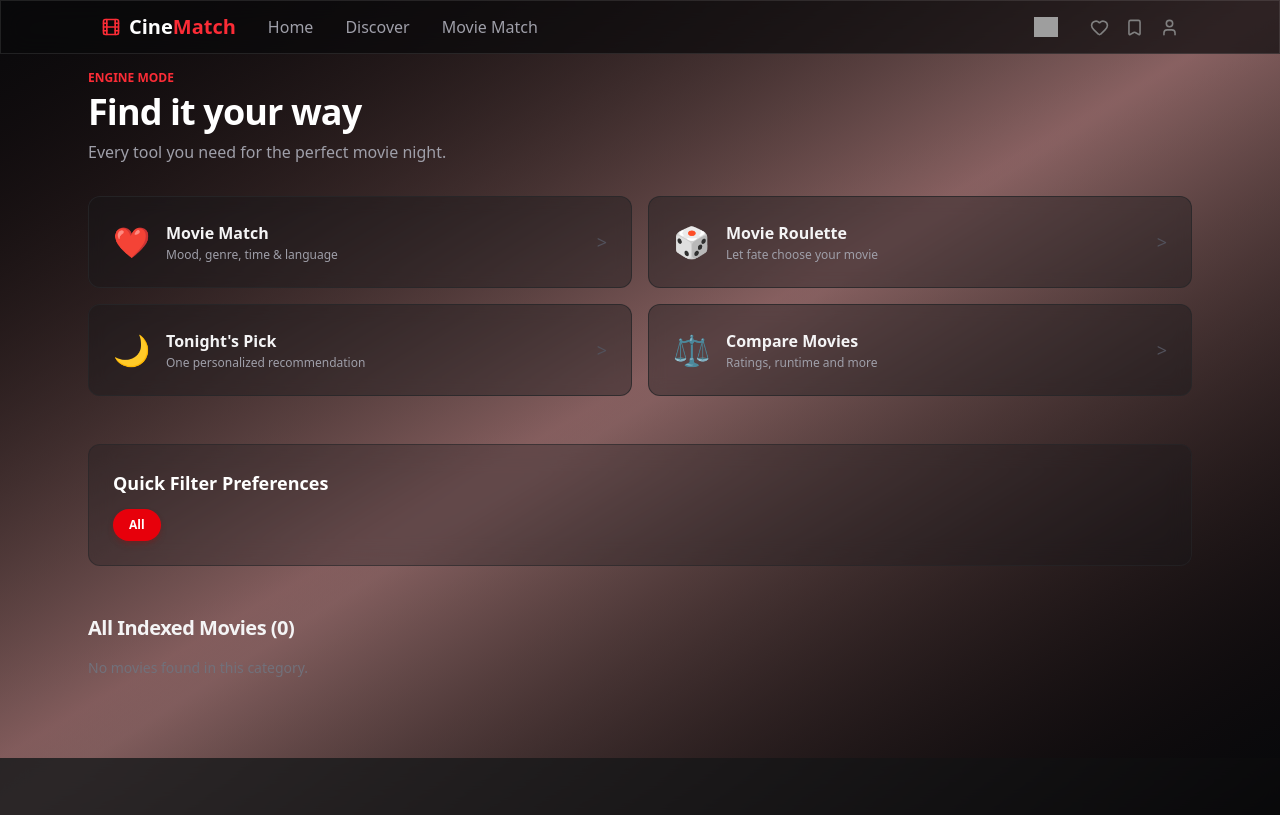
Repository: Mahak182005/CineMatch
Page: /match
An editor plug-in stored every save of this project. The page is shown before and after the next save, followed by the edit.
The browser window is 1280 px wide. The pictures show the whole page.
Pictures or frames that could not be fetched are drawn as grey boxes. The project was rebuilt for these pictures with package versions that can differ from the ones it lists, and the page was loaded fresh each time. Also part of the build but not shown: vite.config.js, src/Components/Mood.jsx, src/Data/MoodData.js, src/Components/MovieCart.jsx, src/Logic/search.js, src/pages/Home.jsx, src/pages/Favorites.jsx, src/pages/Watchlist.jsx and 2 more.

Above is the page before, as saved 2026-10-12 13:23:21.

### index.html
<!doctype html>
<html lang="en">
  <head>
    <meta charset="UTF-8" />
    <link rel="icon" type="image/svg+xml" href="/favicon.svg" />
    <meta name="viewport" content="width=device-width, initial-scale=1.0" />
    <title>movie-explorer</title>
  </head>
  <body>
    <div id="root"></div>
    <script type="module" src="/src/main.jsx"></script>
  </body>
</html>

### src/main.jsx
import Router from './router/Router.jsx'
import { createRoot } from 'react-dom/client'
import './index.css'

createRoot(document.getElementById('root')).render(
  <Router />
)

### src/router/Router.jsx
import { createBrowserRouter } from "react-router-dom";
import {Home} from "../pages/Home";
import {RouterProvider} from "react-router-dom";
import { MovieMatch } from "../pages/MovieMatch";
import { Favorites } from "../pages/Favorites";
import {Watchlist} from "../pages/Watchlist"
import { Profile } from "../pages/Profile";
import { Discover } from "../pages/Discover";
import {Layout} from "../Layout/Layout";

const router = createBrowserRouter([
    {
         path: "/",
        element: <Layout />,
        children: [
            {
                index: true,
                element: <Home />
            },
            {
                path: "/discover",
                element: <Discover />
            },
            {
                path: "match",
                element: <MovieMatch />
            },
            {
                path: "fav",
                element: <Favorites />
            },
            {
                path: "watchlist",
                element: <Watchlist />
            },
            {
                path: "profile",
                element: <Profile />
            }
        ]
    }
])
function AppRouter() {
    return <RouterProvider router={router} />;
}

export default AppRouter;

### src/index.css
@import "tailwindcss";
html,
body,
#root {
  margin: 0;
  padding: 0;
  width: 100%;
  box-sizing: border-box
}

### src/pages/MovieMatch.jsx
// export function MovieMatch(){
//     return(
//         <>
//             {/* <div className="h-screen bg-gradient-to-br from-zinc-950 via-red-950/40 to-zinc-950 text-white">
//                 <div className=" mx-25 py-20 ">
//                     <h1 className="text-3xl text-white">Find it your way</h1>
//                     <p className="text-zinc-400 text-sm mt-1">Every tool you need for the perfect movie night.</p>
//                 </div>

//                 <div className="grid grid-cols-1 md:grid-cols-2 gap-4 max-w-6xl mx-auto">

//                     <div className="flex items-center justify-between p-5 rounded-xl bg-zinc-900/50 border border-zinc-800/80 hover:border-red-900/60 cursor-pointer transition-all duration-200 group">
//                     <div className="flex items-center space-x-4">
//                         <span className="text-2xl">❤️</span>
//                         <div>
//                         <h3 className="font-semibold text-zinc-100 group-hover:text-white transition-colors">Movie Match</h3>
//                         <p className="text-zinc-400 text-xs mt-0.5">Mood, genre, time & language</p>
//                         </div>
//                     </div>
//                     <span className="text-zinc-600 group-hover:text-zinc-400 transition-colors text-sm">&gt;</span>
//                     </div>

//                     <div className="flex items-center justify-between p-5 rounded-xl bg-zinc-900/50 border border-zinc-800/80 hover:border-red-900/60 cursor-pointer transition-all duration-200 group">
//                     <div className="flex items-center space-x-4">
//                         <span className="text-2xl">🎲</span>
//                         <div>
//                         <h3 className="font-semibold text-zinc-100 group-hover:text-white transition-colors">Movie Roulette</h3>
//                         <p className="text-zinc-400 text-xs mt-0.5">Let fate choose your movie</p>
//                         </div>
//                     </div>
//                     <span className="text-zinc-600 group-hover:text-zinc-400 transition-colors text-sm">&gt;</span>
//                     </div>

//                     <div className="flex items-center justify-between p-5 rounded-xl bg-zinc-900/50 border border-zinc-800/80 hover:border-red-900/60 cursor-pointer transition-all duration-200 group">
//                     <div className="flex items-center space-x-4">
//                         <span className="text-2xl">🌙</span>
//                         <div>
//                         <h3 className="font-semibold text-zinc-100 group-hover:text-white transition-colors">Tonight's Pick</h3>
//                         <p className="text-zinc-400 text-xs mt-0.5">One personalized recommendation</p>
//                         </div>
//                     </div>
//                     <span className="text-zinc-600 group-hover:text-zinc-400 transition-colors text-sm">&gt;</span>
//                     </div>

//                     <div className="flex items-center justify-between p-5 rounded-xl bg-zinc-900/50 border border-zinc-800/80 hover:border-red-900/60 cursor-pointer transition-all duration-200 group">
//                     <div className="flex items-center space-x-4">
//                         <span className="text-2xl">⚖️</span>
//                         <div>
//                         <h3 className="font-semibold text-zinc-100 group-hover:text-white transition-colors">Compare Movies</h3>
//                         <p className="text-zinc-400 text-xs mt-0.5">Ratings, runtime and more</p>
//                         </div>
//                     </div>
//                     <span className="text-zinc-600 group-hover:text-zinc-400 transition-colors text-sm">&gt;</span>
//                     </div>

//                 </div>
//             </div> */}

//         </>
//     )
// }

import { useState } from 'react';
import { fatchData } from '../Data/api';

export function MovieMatch({ fatchData = [] }) {
    const [activeTab, setActiveTab] = useState(null);
    const [selectedGenre, setSelectedGenre] = useState('All');

    // 1. JSON Data me se saare Unique Genres nikalne ke liye dynamic logic
    const allGenres = ['All', ...new Set(fatchData.map(movie => movie.genre).filter(Boolean))];

    // 2. Filter logic: Jo Genre select hoga, wahi movies screen par dikhengi
    const filteredMovies = selectedGenre === 'All'
        ? fatchData
        : fatchData.filter(movie => movie.genre === selectedGenre);

    return (
        <div className="min-h-screen w-full bg-gradient-to-br from-zinc-950 via-red-950/40 to-zinc-950 text-white flex flex-col justify-start pb-20">

            {/* Header Area */}
            <div className="max-w-6xl w-full mx-auto px-6 pt-16 pb-8">
                <span className="text-red-500 font-bold text-xs uppercase">Engine Mode</span>
                <h1 className="text-3xl font-extrabold tracking-tight text-white md:text-4xl mt-1">
                    Find it your way
                </h1>
                <p className="text-zinc-400 text-sm md:text-base mt-2">
                    Every tool you need for the perfect movie night.
                </p>
            </div>

            {/* Core 4 Interactive Tools Grid */}
            <div className="max-w-6xl w-full mx-auto px-6 grid grid-cols-1 md:grid-cols-2 gap-4 mb-12">

                {/* 1. Movie Match */}
                <div onClick={() => setActiveTab('match')} className={`flex items-center justify-between p-6 rounded-xl bg-zinc-900/40 border transition-all duration-300 cursor-pointer group backdrop-blur-sm ${activeTab === 'match' ? 'border-red-600 shadow-lg shadow-red-950/50' : 'border-zinc-800/80 hover:border-red-900/50'}`}>
                    <div className="flex items-center space-x-4">
                        <span className="text-3xl">❤️</span>
                        <div>
                            <h3 className="font-bold text-zinc-100 group-hover:text-white transition-colors text-base">Movie Match</h3>
                            <p className="text-zinc-400 text-xs mt-0.5">Mood, genre, time & language</p>
                        </div>
                    </div>
                    <span className="text-zinc-600 group-hover:text-zinc-400 transition-colors text-lg">&gt;</span>
                </div>

                {/* 2. Movie Roulette */}
                <div onClick={() => setActiveTab('roulette')} className={`flex items-center justify-between p-6 rounded-xl bg-zinc-900/40 border transition-all duration-300 cursor-pointer group backdrop-blur-sm ${activeTab === 'roulette' ? 'border-red-600 shadow-lg shadow-red-950/50' : 'border-zinc-800/80 hover:border-red-900/50'}`}>
                    <div className="flex items-center space-x-4">
                        <span className="text-3xl">🎲</span>
                        <div>
                            <h3 className="font-bold text-zinc-100 group-hover:text-white transition-colors text-base">Movie Roulette</h3>
                            <p className="text-zinc-400 text-xs mt-0.5">Let fate choose your movie</p>
                        </div>
                    </div>
                    <span className="text-zinc-600 group-hover:text-zinc-400 transition-colors text-lg">&gt;</span>
                </div>

                {/* 3. Tonight's Pick */}
                <div onClick={() => setActiveTab('tonight')} className={`flex items-center justify-between p-6 rounded-xl bg-zinc-900/40 border transition-all duration-300 cursor-pointer group backdrop-blur-sm ${activeTab === 'tonight' ? 'border-red-600 shadow-lg shadow-red-950/50' : 'border-zinc-800/80 hover:border-red-900/50'}`}>
                    <div className="flex items-center space-x-4">
                        <span className="text-3xl">🌙</span>
                        <div>
                            <h3 className="font-bold text-zinc-100 group-hover:text-white transition-colors text-base">Tonight's Pick</h3>
                            <p className="text-zinc-400 text-xs mt-0.5">One personalized recommendation</p>
                        </div>
                    </div>
                    <span className="text-zinc-600 group-hover:text-zinc-400 transition-colors text-lg">&gt;</span>
                </div>

                {/* 4. Compare Movies */}
                <div onClick={() => setActiveTab('compare')} className={`flex items-center justify-between p-6 rounded-xl bg-zinc-900/40 border transition-all duration-300 cursor-pointer group backdrop-blur-sm ${activeTab === 'compare' ? 'border-red-600 shadow-lg shadow-red-950/50' : 'border-zinc-800/80 hover:border-red-900/50'}`}>
                    <div className="flex items-center space-x-4">
                        <span className="text-3xl">⚖️</span>
                        <div>
                            <h3 className="font-bold text-zinc-100 group-hover:text-white transition-colors text-base">Compare Movies</h3>
                            <p className="text-zinc-400 text-xs mt-0.5">Ratings, runtime and more</p>
                        </div>
                    </div>
                    <span className="text-zinc-600 group-hover:text-zinc-400 transition-colors text-lg">&gt;</span>
                </div>
            </div>

            {/* Dynamic Genre Preferences Panel */}
            <div className="max-w-6xl w-full mx-auto px-6 mb-12">
                <div className="p-6 rounded-xl bg-zinc-900/30 border border-zinc-800/60 backdrop-blur-md">
                    <h2 className="text-lg font-bold text-white mb-3">Quick Filter Preferences</h2>
                    <div className="flex flex-wrap gap-2">
                        {allGenres.map((genre) => (
                            <button
                                key={genre}
                                onClick={() => setSelectedGenre(genre)}
                                className={`px-4 py-2 rounded-full text-xs font-semibold transition-all duration-200 ${
                                    selectedGenre === genre
                                        ? 'bg-red-600 text-white shadow-md shadow-red-900/40'
                                        : 'bg-zinc-900/80 border border-zinc-800 text-zinc-400 hover:text-white hover:border-zinc-700'
                                }`}
                            >
                                {genre}
                            </button>
                        ))}
                    </div>
                </div>
            </div>

            {/* Dynamic Movie Grid mapped from fetchData JSON */}
            <div className="max-w-6xl w-full mx-auto px-6">
                <div className="flex items-center justify-between mb-4">
                    <h2 className="text-xl font-bold text-zinc-100 tracking-tight">
                        {selectedGenre === 'All' ? 'All Indexed Movies' : `${selectedGenre} Matches`} ({filteredMovies.length})
                    </h2>
                </div>

                {filteredMovies.length === 0 ? (
                    <p className="text-zinc-500 text-sm mt-4">No movies found in this category.</p>
                ) : (
                    <div className="grid grid-cols-1 sm:grid-cols-2 md:grid-cols-3 lg:grid-cols-4 gap-4">
                        {filteredMovies.map((movie, index) => (
                            <div key={movie.id || index} className="group relative rounded-xl overflow-hidden bg-zinc-900/40 border border-zinc-800/80 hover:border-red-900/50 transition-all duration-300 flex flex-col justify-between">
                                <div className="h-48 w-full overflow-hidden relative bg-zinc-950">
                                    <img
                                        src={movie.poster_url || 'https://unsplash.com'}
                                        alt={movie.title}
                                        className="w-full h-full object-cover group-hover:scale-105 transition-transform duration-500 opacity-80 group-hover:opacity-100"
                                    />
                                    {movie.rating && (
                                        <div className="absolute top-2 right-2 bg-zinc-950/90 border border-zinc-800 px-2 py-0.5 rounded text-[10px] text-amber-400 font-bold shadow-md">
                                            ★ {movie.rating}
                                        </div>
                                    )}
                                </div>
                                <div className="p-4 flex-1 flex flex-col justify-between">
                                    <div>
                                        <span className="text-[10px] text-red-500 font-semibold tracking-wider uppercase">{movie.genre || 'Movie'}</span>
                                        <h4 className="font-bold text-white text-sm truncate mt-0.5" title={movie.title}>{movie.title}</h4>
                                    </div>
                                    <p className="text-zinc-500 text-xs mt-2">
                                        Released: {movie.release_year || movie.year || 'N/A'} {movie.runtime ? `· ${movie.runtime} min` : ''}
                                    </p>
                                </div>
                            </div>
                        ))}
                    </div>
                )}
            </div>

        </div>
    );
}

### src/Layout/Layout.jsx
import { Outlet } from "react-router-dom"
import {Header} from "../Components/Header"
import { Footer } from "../Components/Footer"
export function Layout(){
    return(
        // <div className="bg-[#091424] min-h-screen">
        <div className="bg-gradient-to-br from-zinc-950 via-red-950/40 to-zinc-950">
            <Header />
            <Outlet />
            <Footer />
        </div>
    )
}

### src/Components/Header.jsx
import { Link } from "react-router-dom";
export function Header(){
    return(
        <header className="w-full max-w-full fixed">
            <div className="flex justify-between gap-20 items-center border-1 border-gray-800  bg-zinc-950/70 backdrop-blur-md border-b border-white/10 py-3 px-25">
                    <div className="flex items-center gap-8">
                        <Link to="/">
                            <div className="flex items-center gap-2">
                                <div className="text-red-500">
                                    <svg xmlns="http://www.w3.org/2000/svg" width="24" height="24" viewBox="0 0 24 24" fill="none" stroke="currentColor" strokeWidth="2" strokeLinecap="round" strokeLinejoin="round" className="lucide lucide-film size-5" aria-hidden="true"><rect width="18" height="18" x="3" y="3" rx="2"></rect><path d="M7 3v18"></path><path d="M3 7.5h4"></path><path d="M3 12h18"></path><path d="M3 16.5h4"></path><path d="M17 3v18"></path><path d="M17 7.5h4"></path><path d="M17 16.5h4"></path></svg>
                                </div>
                                <p className="font-semibold text-xl text-white font-bold">Cine<span className="text-red-500">Match</span></p>
                            </div>
                        </Link>
                    <div className="flex gap-8">
                        <Link to="/"><div className="text-zinc-400 hover:text-white transition-colors">Home</div></Link>
                        <Link className="text-zinc-400 hover:text-white transition-colors" to="/discover">Discover</Link>
                        <Link className="text-zinc-400 hover:text-white transition-colors" to="/match">Movie Match</Link>
                        {/* <Link className="text-gray-500" to="/browse">Browser</Link> */}
                    </div>
                </div>
                <div className="flex gap-8 items-center">
                  <img src="https://images.openai.com/static-rsc-4/xpLf_iDkSa24squI-Ip5QKZDulp0bh7B7cuwtMJkyvB3GZ-utHOG7STBEdMhCHi332WpSdAey1vEcinOtZuM0vqtNlfz2iFG4NJkjVUb6CCT1gYCvnhXDTZPIKbWEkUhrQU-C51ka7CL4NYJu1wmD4mK8NLTfRdr_e0rAs2OP8c?purpose=inline" alt="image" className="w-6 h-5 "/>
                  <div className="flex gap-4 items-center">
                        <Link className="text-zinc-400 hover:text-red-500" to="fav"><div><svg xmlns="http://www.w3.org/2000/svg" width="19" height="19" viewBox="0 0 24 24" fill="none" stroke="gray" strokeWidth="2" strokeLinecap="round" strokeLinejoin="round" className="lucide lucide-heart" aria-hidden="true"><path d="M2 9.5a5.5 5.5 0 0 1 9.591-3.676.56.56 0 0 0 .818 0A5.49 5.49 0 0 1 22 9.5c0 2.29-1.5 4-3 5.5l-5.492 5.313a2 2 0 0 1-3 .019L5 15c-1.5-1.5-3-3.2-3-5.5"></path></svg></div></Link>
                        <Link className="text-zinc-400 hover:text-red-500" to="/watchlist">
                            <svg
                                xmlns="http://www.w3.org/2000/svg"
                                width="19"
                                height="19"
                                viewBox="0 0 24 24"
                                fill="none"
                                stroke="gray"
                                strokeWidth="2"
                                strokeLinecap="round"
                                strokeLinejoin="round"
                            >
                                <path d="M17 3a2 2 0 0 1 2 2v15a1 1 0 0 1-1.496.868l-4.512-2.578a2 2 0 0 0-1.984 0l-4.512 2.578A1 1 0 0 1 5 20V5a2 2 0 0 1 2-2z" />
                            </svg>
                        </Link>
                        <Link className="text-zinc-400 hover:text-red-500" to="/profile"><div className=""><svg xmlns="http://www.w3.org/2000/svg" width="19" height="19" viewBox="0 0 24 24" fill="none" stroke="gray" strokeWidth="2" strokeLinecap="round" strokeLinejoin="round" className="lucide lucide-user" aria-hidden="true"><path d="M19 21v-2a4 4 0 0 0-4-4H9a4 4 0 0 0-4 4v2"></path><circle cx="12" cy="7" r="4"></circle></svg></div></Link>
                    </div>
                </div>
            </div>
       </header>
    )
}

### src/Components/Footer.jsx
export function Footer(){
    return(
        <>
            <div className="bg-zinc-950/80 backdrop-blur-md border-t border-white/10 text-zinc-500 py-4">
                <div className="flex justify-between px-45">
                    <p>CineMatch - find a film for every feeling.</p>
                    <p>Curated cinema, mad personal.</p>
                </div>
            </div>
        </>
    )
}

Loaded but not shown: src/Data/api.js (815 lines, source omitted)

After the next save:
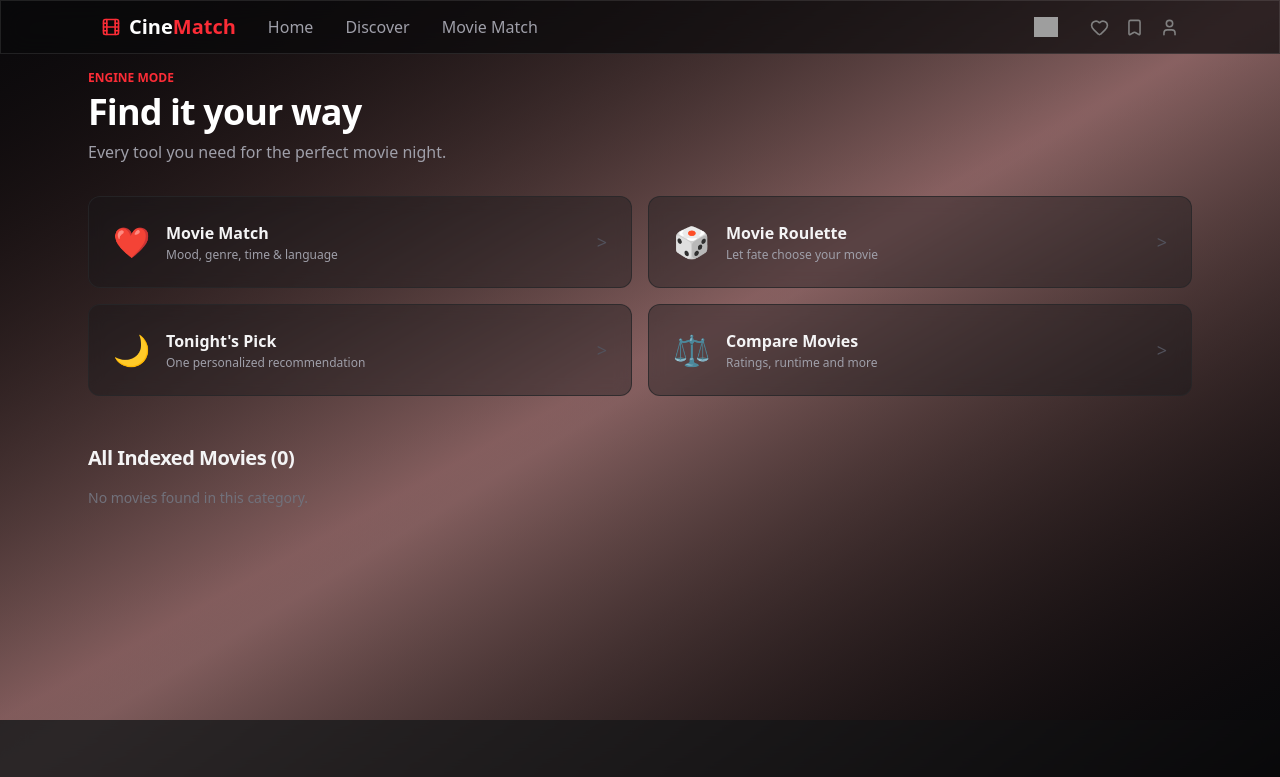
Saved 51 s later.
--- a/src/pages/MovieMatch.jsx
+++ b/src/pages/MovieMatch.jsx
@@ -141,7 +141,7 @@
                 </div>
             </div>
 
-            {/* Dynamic Genre Preferences Panel */}
+            {/* Dynamic Genre Preferences Panel
             <div className="max-w-6xl w-full mx-auto px-6 mb-12">
                 <div className="p-6 rounded-xl bg-zinc-900/30 border border-zinc-800/60 backdrop-blur-md">
                     <h2 className="text-lg font-bold text-white mb-3">Quick Filter Preferences</h2>
@@ -161,7 +161,7 @@
                         ))}
                     </div>
                 </div>
-            </div>
+            </div> */}
 
             {/* Dynamic Movie Grid mapped from fetchData JSON */}
             <div className="max-w-6xl w-full mx-auto px-6">
